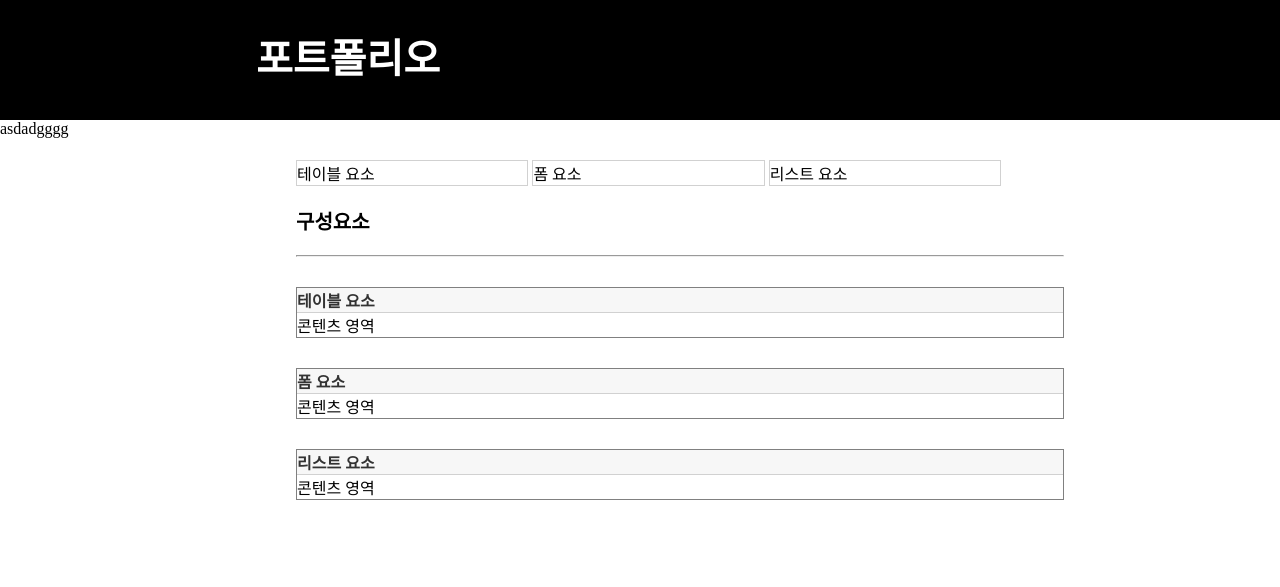
Repository: ItChoi/CSS-Study
Page: Css/WebContent/html/boostcourse/project-A1/portfolio.html
An editor plug-in stored every save of this project. The page is shown before and after the next save, followed by the edit.
The browser window is 1280 px wide. The pictures show the whole page.

Above is the page before, as saved 2019-06-18 10:45:37.

### Css/WebContent/html/boostcourse/project-A1/portfolio.html
<!DOCTYPE html>
<html>
<head>
	<link href="../../../css/boostcourse/project-A1/portfolio.css" rel="stylesheet" type="text/css">

</head>
<body>
	<div class="wrap">

		<div class="header">

		</div>

		<div class="content">

			<div class="con_header">
				<p class="title">포트폴리오</p>
			</div>

			<div class="con_content">

				<div class="button_list">
					<ul>
						<li class="button_elements">테이블 요소</li>
						<li class="button_elements">폼 요소</li>
						<li class="button_elements">리스트 요소</li>
					</ul>
				</div>

				<div class="element">
					<p class="element_title">구성요소</p>
					<hr/>

					<div class="elements_box">
						<div class="e_table ele">
							<div class="ele_title">
								<p class="ele_text">테이블 요소</p>
							</div>
							<div class="ele_content">
								콘텐츠 영역
							</div>
						</div>

						<div class="e_form ele">
							<div class="ele_title">
								<p class="ele_text">폼 요소</p>
							</div>
							<div class="ele_content">
								콘텐츠 영역
							</div>
						</div>

						<div class="e_list ele">
							<div class="ele_title">
								<p class="ele_text">리스트 요소</p>
							</div>
							<div class="ele_content">
								콘텐츠 영역
							</div>
						</div>

					</div>

				</div>

			</div>

		</div>

		<div class="footer">
		asdadgggg
		</div>


	</div>

</body>
</html>

### Css/WebContent/css/boostcourse/project-A1/portfolio.css
html, body, .wrap {
	margin: 0px;
	padding: 0px;
}

.header {
	width: 100%;
	height: 120px;
	background: #000;

	position: relative;
}

.content {
	position: absolute;
	top: 0;
	left: 20%;
	right: 20%;
}

.con_header {
	height: 120px;
}

.title {
	margin: 0px;
	color: #fff;
	font-size: 40px;
	font-weight: bold;
	line-height: 120px;
}

.con_content {
	width: 100%;
	padding-left: 40px;
	padding-right: 40px;
}

ul {
	margin: 0px;
	padding: 0px;
	margin-top: 40px;
	list-style: none;
}

.button_elements {
	display: inline-block;
	border:  1px solid #d1d1d1;
	width: 30%;
}

.button_elements:HOVER {
	background-color: #454545;
	font-weight: bold;
}

.element_title {
	font-size: 20px;
	color: #000;
	font-weight: bold;
}

hr {
/* 	border: 1px solid #454545; */
}

.elements_box {
	margin-top: 30px;
}

.ele {
	margin-bottom: 30px;
	border: 1px solid gray;
}

.ele_title {
	background-color: #f7f7f7;
	border-bottom: 1px solid #d1d1d1;
}

.ele_text {
	margin: 0px;
	color: #333;
	font-size: 16px;
	font-weight: bold;
}

After the next save:
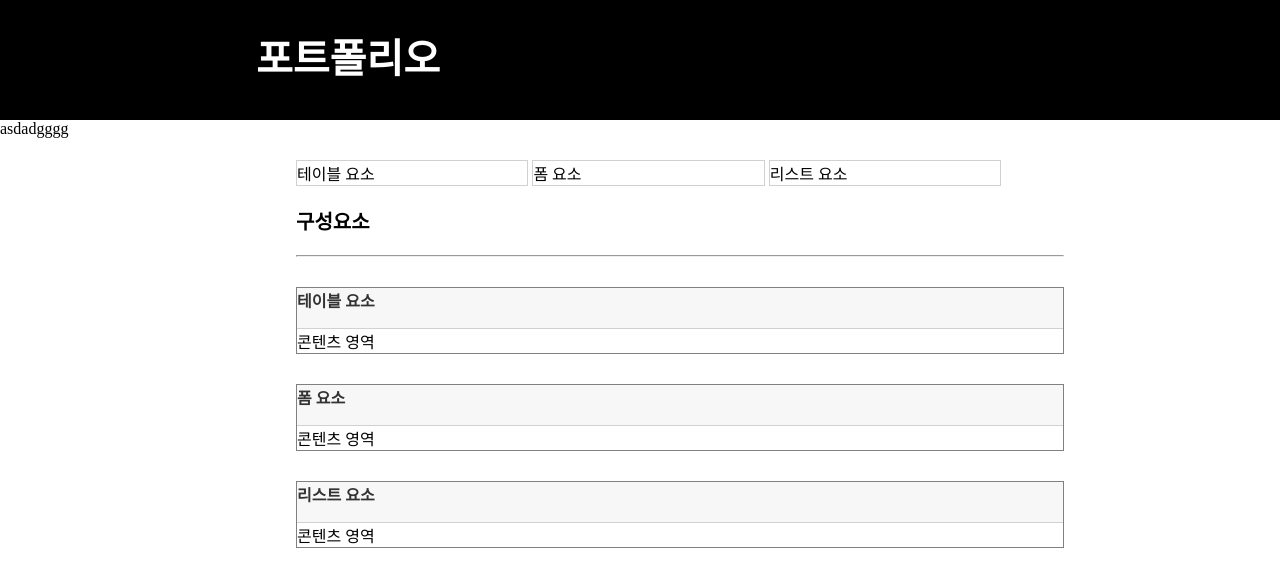
Saved 29 s later.
--- a/Css/WebContent/css/boostcourse/project-A1/portfolio.css
+++ b/Css/WebContent/css/boostcourse/project-A1/portfolio.css
@@ -76,6 +76,7 @@ hr {
 .ele_title {
 	background-color: #f7f7f7;
 	border-bottom: 1px solid #d1d1d1;
+	height: 40px;
 }
 
 .ele_text {
